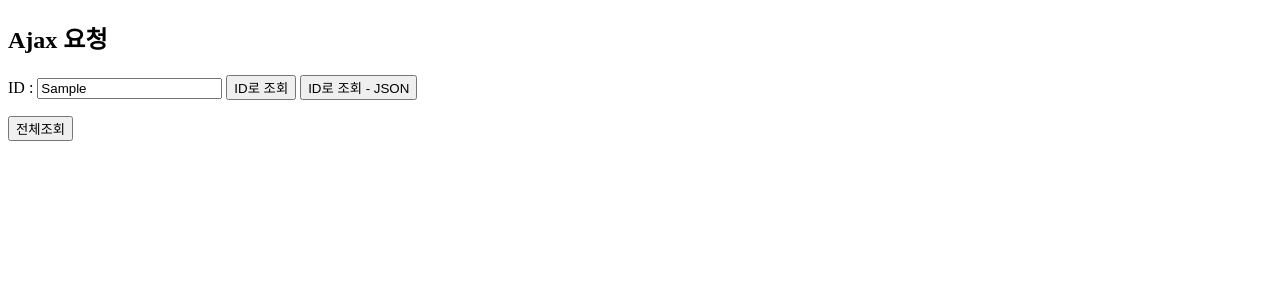
Repository: fellownew/framework_workspace
Page: http://localhost/spring_mvc_04_ajax/ajax/main.do
An editor plug-in stored every save of this project. The page is shown before and after the next save, followed by the edit.
The browser window is 1280 px wide. The pictures show the whole page.
Empty fields were first filled with sample values (such as "Sample", 5 or name@example.com).
After loading, the first visible `#searchBtn` was clicked once.
The page is served by Tomcat 9. Other server files are loaded and not shown.

Above is the page before, as saved 2015-05-15 08:26:45.
Console error: TypeError: $(...).innerHTML is not a function

### spring_mvc_04_ajax/WebContent/WEB-INF/view/ajax_request.jsp
<%@ page contentType="text/html; charset=UTF-8"%>
<!DOCTYPE html>
<html>
<head>
<meta charset="UTF-8">
<title>Insert title here</title>
<script type="text/javascript" src="${initParam.rootPath }/script/jquery.js"></script>
<script type="text/javascript">
	$(document).ready(function(){

		$("#searchBtn").on("click",function(){
			$.ajax({
				url:"${initParam.rootPath}/ajax/findById.do",
				type:"POST",
				data:{id:$("#id").val()}, //요청 파라미터
				dataType:"text",
				beforeSend:function(){
					if($("#id").val()==""){
						alert("조회할 id 입력 바람.");
						return false;
					}
				},
				success:function(txt){
					alert(txt);
					$("#layer").innerHTML(txt);
				}
			})
		});

		$("#j_searchBtn").on("click",function(){
			$.ajax({
				url:"${initParam.rootPath}/ajax/findById_JSON.do",
				type:"POST",
				data:{id:$("#id").val()}, //요청 파라미터
				dataType:"json",
				beforeSend:function(){
					if($("#id").val()==""){
						alert("조회할 id 입력 바람.");
						return false;
					}
				},
				success:function(txt){
					alert(txt);
					$("#layer").html(txt);
				}
			})
		});

		$("#listBtn").on("click",function(){
			$.ajax({
				url:"${initParam.rootPath}/ajax/memberList.do",
				type:"POST",
				dataType:"json",
				success:function(txt){
					alert(txt);
				}
			})
		});

	});
</script>
</head>
<body>
<h2>Ajax 요청</h2>
ID : <input type="text" id="id">
<button id="searchBtn">ID로 조회</button>
<button id="j_searchBtn">ID로 조회 - JSON</button>
<div id="layer"></div>
<p>
<button id="listBtn">전체조회</button>

</body>
</html>

Loaded but not shown: spring_mvc_04_ajax/WebContent/script/jquery.js (library)

After the next save:
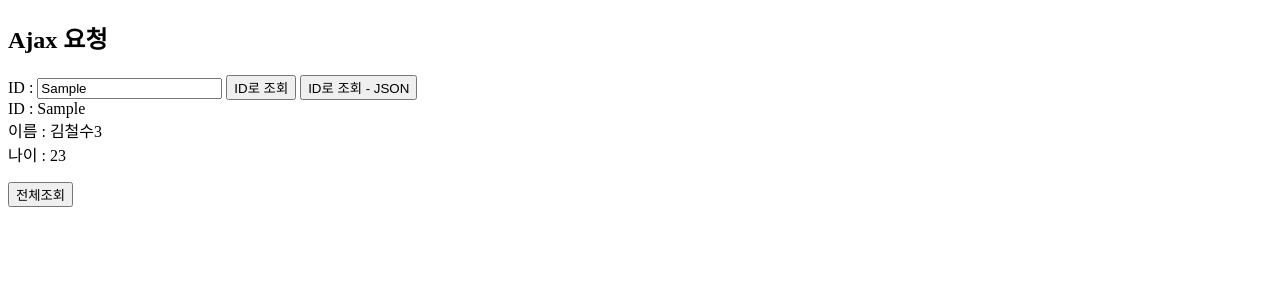
The error is gone.
Saved 47 s later.
--- a/spring_mvc_04_ajax/WebContent/WEB-INF/view/ajax_request.jsp
+++ b/spring_mvc_04_ajax/WebContent/WEB-INF/view/ajax_request.jsp
@@ -22,7 +22,7 @@
 				},
 				success:function(txt){
 					alert(txt);
-					$("#layer").innerHTML(txt);
+					$("#layer").html(txt);
 				}
 			})
 		});
